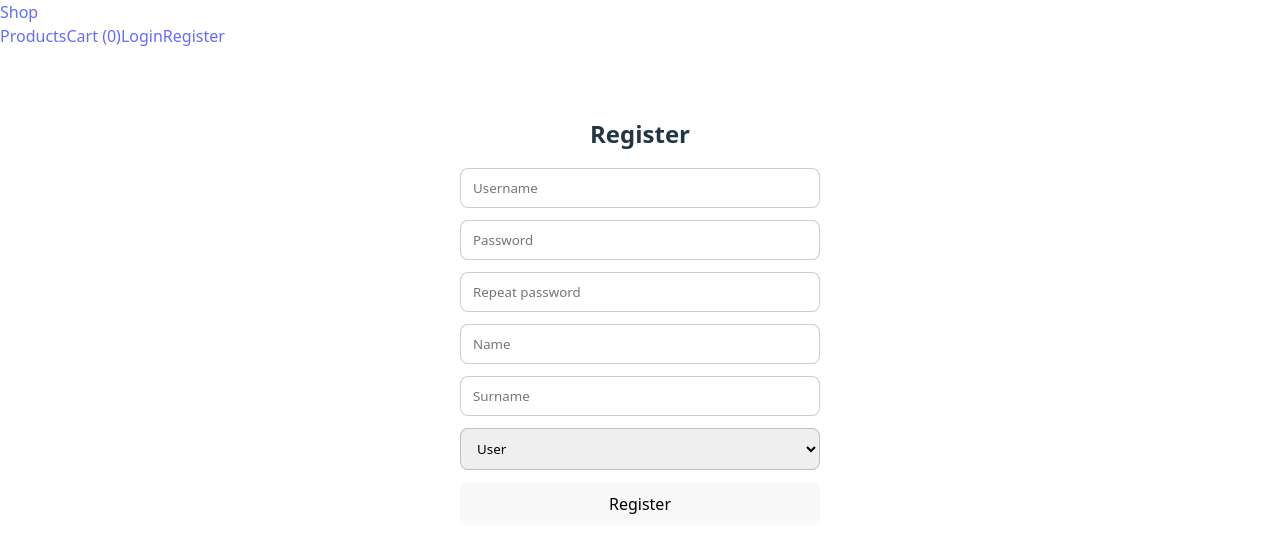
Repository: ADamjanovski/e-commerce-project-emt
Page: /register (app in frontend/)
An editor plug-in stored every save of this project. The page is shown before and after the next save, followed by the edit.
The browser window is 1280 px wide. The pictures show the whole page.
The page's requests for data from a server got no answer. The project was rebuilt for these pictures with package versions that can differ from the ones it lists, and the page was loaded fresh each time. No one was signed in, and anything a server would have sent is missing. Also part of the build but not shown: frontend/vite.config.ts, frontend/src/pages/LoginPage.tsx, frontend/src/components/ProductCard.tsx, frontend/src/pages/ProductListPage.tsx, frontend/src/pages/ProductDetailsPage.tsx, frontend/src/pages/CartPage.tsx.

Above is the page before, as saved 2025-09-09 17:11:22.

After the next save:
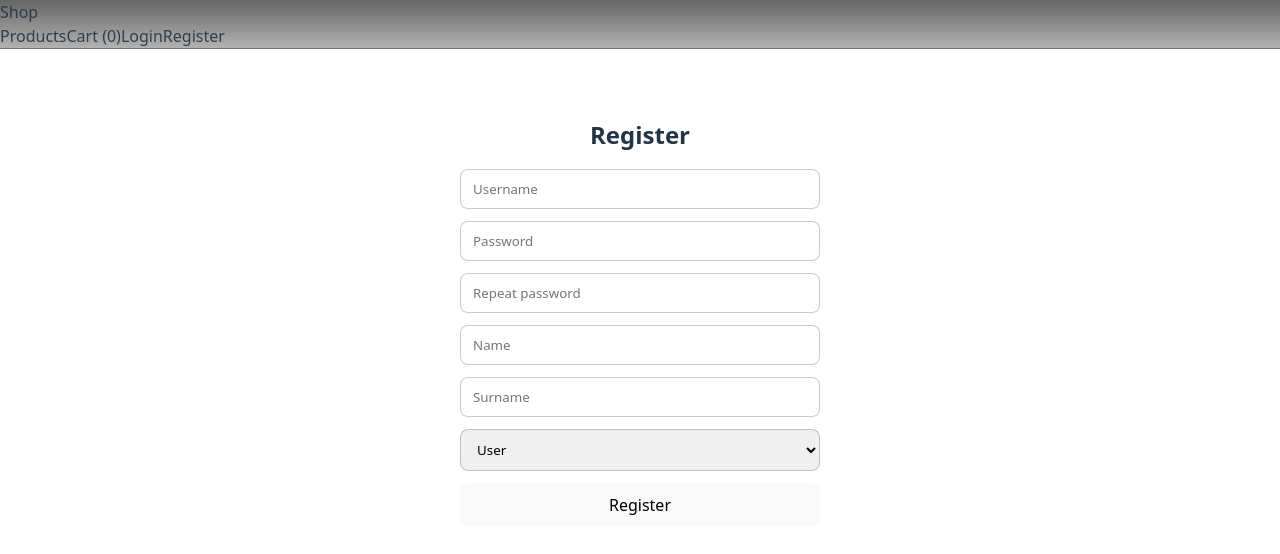
Saved 20 min 58 s later.
--- a/frontend/src/index.css
+++ b/frontend/src/index.css
@@ -89,6 +89,74 @@ button:focus-visible {
   .card { background: #fff; border-color: rgba(0,0,0,0.08); }
 }
 
+/* ---- Navbar ---- */
+.nav {
+  position: sticky;
+  top: 0;
+  z-index: 10;
+  background: linear-gradient(180deg, rgba(0,0,0,0.6), rgba(0,0,0,0.3));
+  backdrop-filter: blur(8px);
+  border-bottom: 1px solid rgba(255,255,255,0.08);
+}
+.nav-inner {
+  max-width: 1200px;
+  margin: 0 auto;
+  padding: 12px 16px;
+  display: flex;
+  align-items: center;
+  gap: 16px;
+}
+.brand { font-weight: 700; letter-spacing: 0.4px; }
+.spacer { flex: 1; }
+.nav a { color: inherit; opacity: 0.9; }
+.nav a:hover { opacity: 1; }
+.nav .links { display: flex; align-items: center; gap: 12px; }
+.badge {
+  display: inline-flex;
+  align-items: center;
+  gap: 6px;
+  padding: 6px 10px;
+  border-radius: 999px;
+  background: rgba(100,108,255,0.15);
+  border: 1px solid rgba(100,108,255,0.35);
+}
+.count {
+  display: inline-flex;
+  min-width: 20px;
+  height: 20px;
+  padding: 0 6px;
+  align-items: center;
+  justify-content: center;
+  border-radius: 10px;
+  background: #646cff;
+  color: #fff;
+  font-size: 12px;
+}
+
+/* ---- Cart ---- */
+.cart {
+  display: grid;
+  grid-template-columns: 2fr 1fr;
+  gap: 16px;
+}
+.cart-items { display: grid; gap: 12px; }
+.cart-item {
+  display: grid;
+  grid-template-columns: 80px 1fr auto;
+  gap: 12px;
+  align-items: center;
+  padding: 12px;
+  border: 1px solid rgba(255,255,255,0.08);
+  border-radius: 10px;
+}
+.cart-item img { width: 80px; height: 80px; object-fit: cover; border-radius: 8px; }
+.summary {
+  padding: 16px;
+  border: 1px solid rgba(255,255,255,0.08);
+  border-radius: 10px;
+  height: fit-content;
+}
+
 /* ---- Forms ---- */
 .form {
   display: grid;
